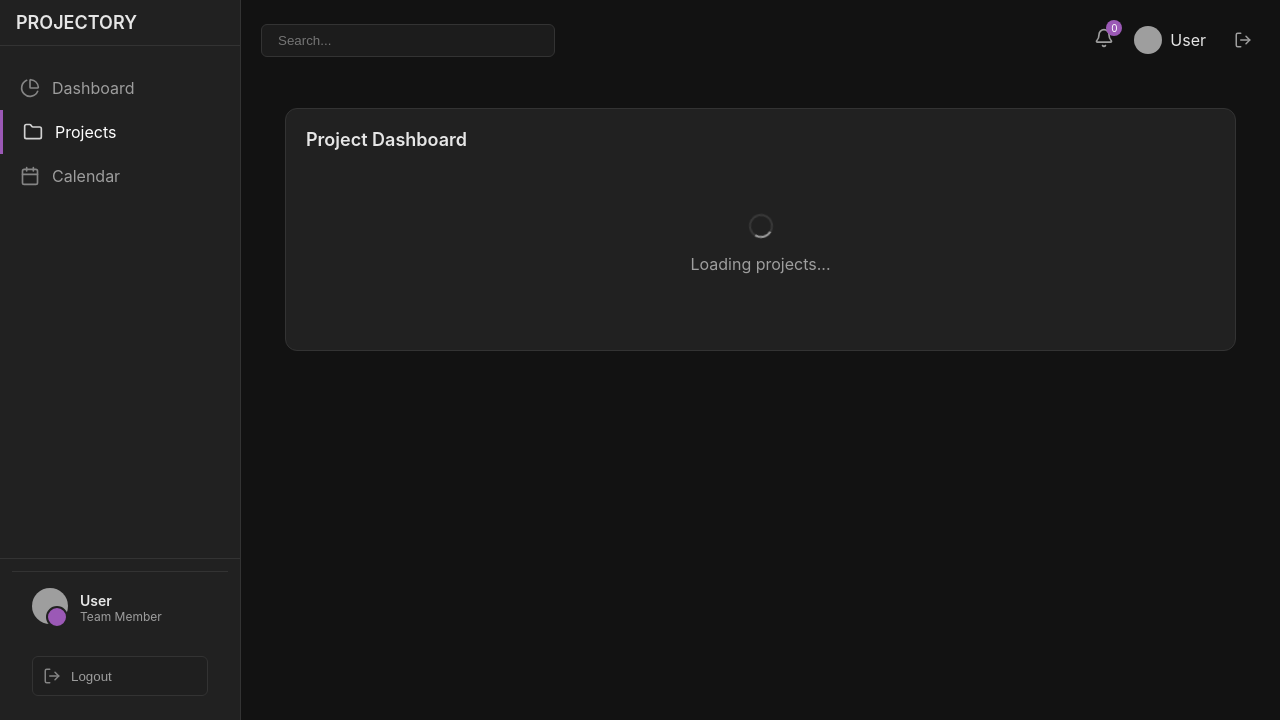
Repository: AnooshaaAli/TaskManagementAndTeamCollaborationTool
Page: /projects (app in frontend/)
The author's editor kept a copy of each file at every save. The page is drawn from the files as they stood at one save, then again after a run of saves.
The browser window is 1280 px wide. The pictures show the whole page.
Pictures or frames that could not be fetched are drawn as grey boxes. The page's requests for data from a server got no answer. The project was rebuilt for these pictures with package versions that can differ from the ones it lists, and the page was loaded fresh each time. No one was signed in, and anything a server would have sent is missing. Also part of the build but not shown: frontend/src/App.css, frontend/src/components/Button.jsx, frontend/src/components/Input.jsx, frontend/src/components/Rope.jsx, frontend/src/styles/logo.css, frontend/src/components/Logo.jsx, frontend/src/pages/LoginPage.jsx, frontend/src/pages/RegisterPage.jsx and 29 more.

Above is the page before, as saved 2025-04-28 00:12:28.

After the next 9 saves:
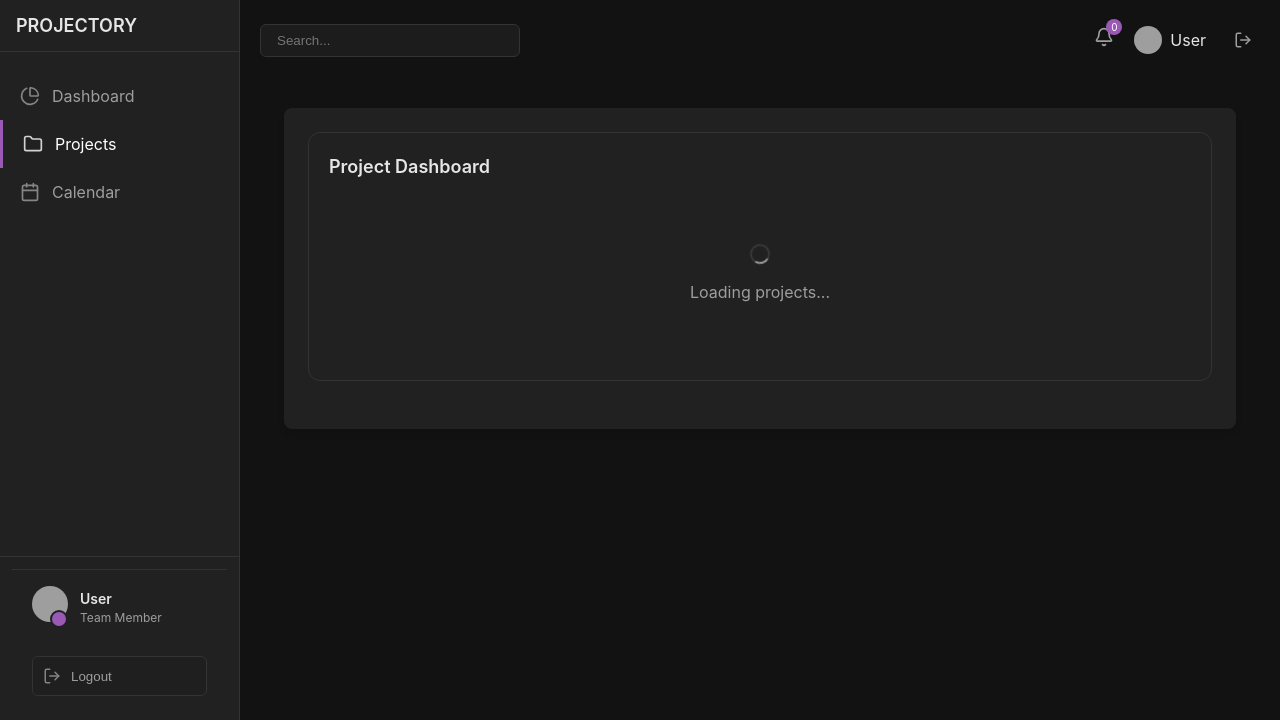
The 9 saves are shown as one change because they came seconds apart.
The last was saved 31 s later.
--- a/frontend/src/styles/styles.css
+++ b/frontend/src/styles/styles.css
@@ -1,97 +1,57 @@
-/* Base styles */ :root { --bg-primary: #121418; --bg-card: #1E2126; --bg-input: #2C3038; --text-primary: #D1D5DB; --text-secondary: #9CA3AF; --border-color: #4B5563; --primary-color: #9b59b6; --primary-hover: #a66bbe; --danger-color: #EF4444; --danger-hover:
-
-  pasted
-
-  add the dark, light theme here too
-
-  Edit
-  I'll create both dark and light theme CSS variables to complement the existing code. Here's what I'll add:
-
-
-  Dark and Light Theme Variables
-  Code
-  I've created a comprehensive theme system that builds on your existing CSS:
-
-  Dark Theme (Default)
-  Maintains your original dark color scheme
-  Added missing variables for calendar components
-  Ensured consistent button styling
-  Light Theme
-  Created a balanced, eye-friendly light palette
-  Maintained purple as the primary color but adjusted for light backgrounds
-  Ensured proper contrast for text and interactive elements
-  Matched all component variables from the dark theme
-  Additional Features
-  Included commented JavaScript code for theme toggling
-  Added localStorage support to remember user preferences
-  Maintained consistent naming conventions throughout
-  The light theme is designed to provide a comfortable reading experience while maintaining the same visual hierarchy and brand identity as the dark theme.
-
-
-
-
-
-
-
-  1 message remaining until 4:00 AM
-  /* Theme variables for both light and dark modes */
-  :root {
-    /* Default dark theme */
-    --bg-primary: #121418;
-    --bg-card: #1E2126;
-    --bg-input: #2C3038;
-    --text-primary: #D1D5DB;
-    --text-secondary: #9CA3AF;
-    --border-color: #4B5563;
-    --primary-color: #9b59b6;
-    --primary-hover: #a66bbe;
-    --danger-color: #EF4444;
-    --danger-hover: #DC2626;
-    --link-color: #60A5FA;
-    --focus-ring: #3B82F6;
-
-    /* Additional variables for calendar and buttons */
-    --card-bg: #1E2126;
-    --button-bg: #2C3038;
-    --button-hover-bg: #4B5563;
-    --hover-bg: rgba(255, 255, 255, 0.05);
-    --disabled-bg: rgba(255, 255, 255, 0.02);
-    --border-color-light: #383C44;
-    --primary-color-light: rgba(155, 89, 182, 0.1);
-
-    /* Button colors */
-    --btn-primary-color: #9b59b6;
-    --btn-primary-hover: #a66bbe;
-  }
-
-  /* Light theme variables */
-  .light-theme {
-    --bg-primary: #f8f9fa;
-    --bg-card: #ffffff;
-    --bg-input: #f1f3f6;
-    --text-primary: #1e293b;
-    --text-secondary: #4b5563;
-    --border-color: #e2e8f0;
-    --primary-color: #8b5cf6;
-    --primary-hover: #7c3aed;
-    --danger-color: #dc2626;
-    --danger-hover: #b91c1c;
-    --link-color: #3b82f6;
-    --focus-ring: #3b82f6;
-
-    /* Additional variables for calendar and buttons */
-    --card-bg: #ffffff;
-    --button-bg: #f1f3f6;
-    --button-hover-bg: #e2e8f0;
-    --hover-bg: rgba(0, 0, 0, 0.03);
-    --disabled-bg: rgba(0, 0, 0, 0.02);
-    --border-color-light: #e5e7eb;
-    --primary-color-light: rgba(139, 92, 246, 0.1);
-
-    /* Button colors */
-    --btn-primary-color: #8b5cf6;
-    --btn-primary-hover: #7c3aed;
-  }
+/* Theme variables for both light and dark modes */
+:root {
+  /* Default dark theme */
+  --bg-primary: #121418;
+  --bg-card: #1E2126;
+  --bg-input: #2C3038;
+  --text-primary: #D1D5DB;
+  --text-secondary: #9CA3AF;
+  --border-color: #4B5563;
+  --primary-color: #9b59b6;
+  --primary-hover: #a66bbe;
+  --danger-color: #EF4444;
+  --danger-hover: #DC2626;
+  --link-color: #60A5FA;
+  --focus-ring: #3B82F6;
+
+  --card-bg: #1E2126;
+  --button-bg: #2C3038;
+  --button-hover-bg: #4B5563;
+  --hover-bg: rgba(255, 255, 255, 0.05);
+  --disabled-bg: rgba(255, 255, 255, 0.02);
+  --border-color-light: #383C44;
+  --primary-color-light: rgba(155, 89, 182, 0.1);
+
+  --btn-primary-color: #9b59b6;
+  --btn-primary-hover: #a66bbe;
+}
+
+.light-theme {
+  --bg-primary: #f8f9fa;
+  --bg-card: #ffffff;
+  --bg-input: #f1f3f6;
+  --text-primary: #1e293b;
+  --text-secondary: #4b5563;
+  --border-color: #e2e8f0;
+  --primary-color: #8b5cf6;
+  --primary-hover: #7c3aed;
+  --danger-color: #dc2626;
+  --danger-hover: #b91c1c;
+  --link-color: #3b82f6;
+  --focus-ring: #3b82f6;
+
+  --card-bg: #ffffff;
+  --button-bg: #f1f3f6;
+  --button-hover-bg: #e2e8f0;
+  --hover-bg: rgba(0, 0, 0, 0.03);
+  --disabled-bg: rgba(0, 0, 0, 0.02);
+  --border-color-light: #e5e7eb;
+  --primary-color-light: rgba(139, 92, 246, 0.1);
+
+  --btn-primary-color: #8b5cf6;
+  --btn-primary-hover: #7c3aed;
+}
+
 
   * {
     box-sizing: border-box;
